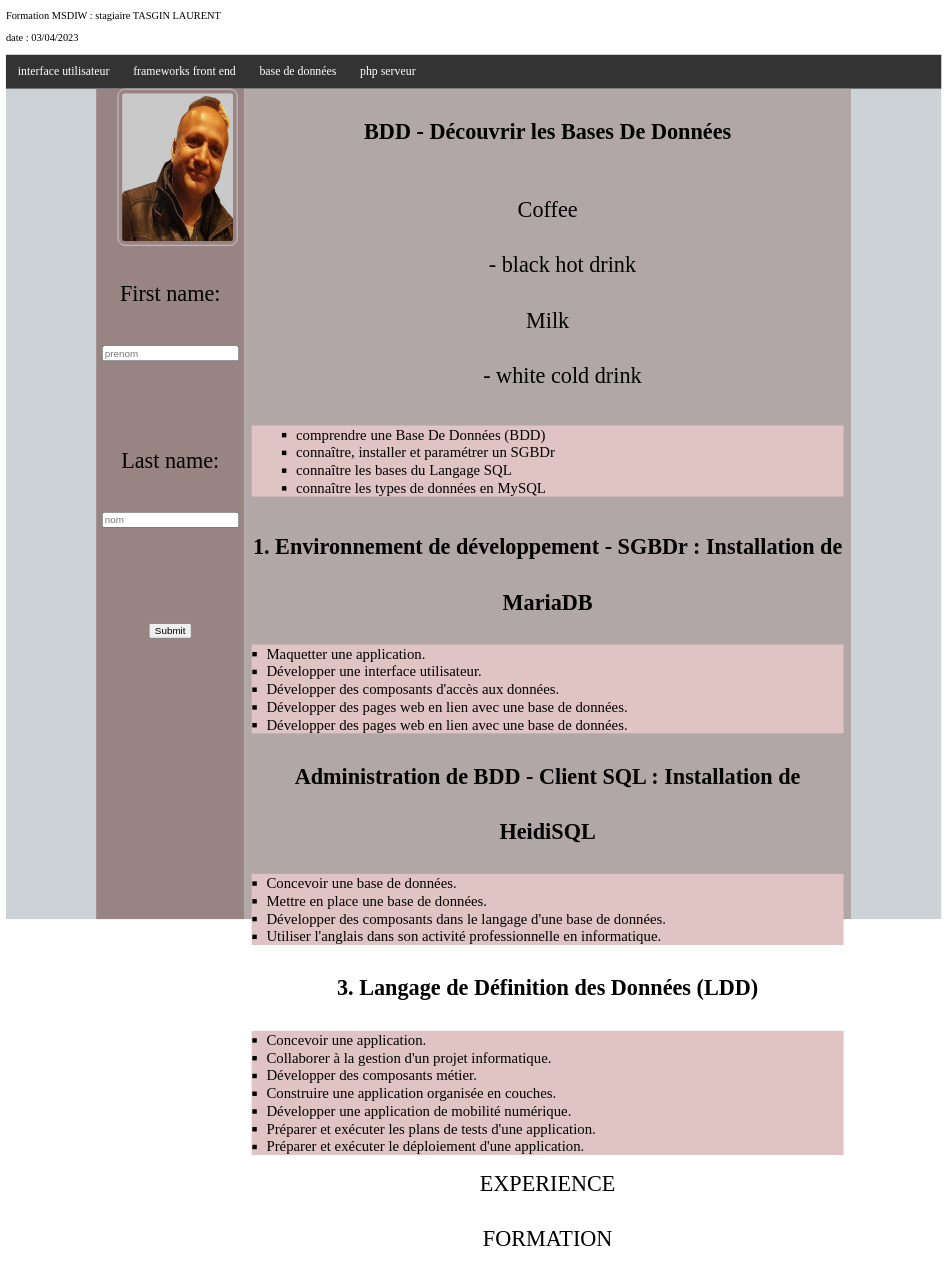
Repository: laurentbul/ApplicationEssai
Page: exercice/ex1/stagiaire_laurent/BACK/BDD/SQL/bdd1_alimenter.html
An editor plug-in stored every save of this project. The page is shown before and after the next save, followed by the edit.
The browser window is 1280 px wide. The pictures show the whole page, at 74% of full size.

Above is the page before, as saved 2023-04-06 06:01:44.

### exercice/ex1/stagiaire_laurent/BACK/BDD/SQL/bdd1_alimenter.html
<!DOCTYPE html>
<html lang="en">

<head>
  <meta charset="UTF-8">
  <meta http-equiv="X-UA-Compatible" content="IE=edge">
  <meta name="viewport" content="width=device-width, initial-scale=1.0">
  <link rel="icon" type="image/x-icon" sizes="30x30" href="../IMG/img.jpeg">
  <link rel="stylesheet" href="/FRONT/STATIQUE/CSS/msdiw.css">
  <title>Document</title>
  <style>
  </style>
</head>
</head>

<body>
  <p>Formation MSDIW : stagiaire TASGIN LAURENT</p>
  <p>date : 03/04/2023</p>
  <ul>
    <li><a href="./interface_utilisateur.html">interface utilisateur</a></li>
    <li><a href="./interface_utilisateur.html">frameworks front end</a></li>
    <li><a href="./interface_utilisateur.html">base de données</a></li>
    <li><a href="./interface_utilisateur.html">php serveur</a></li>
  </ul>
  <!-- <div>
        <input type="color" id="head" name="head" value="blue">
        <label for="head">Head</label>
    </div> -->
  <div class="flex-container">
    <div class="div_gauche">
      <img src="../IMG/img.jpeg" alt="photo d'identité" width="200" height="200">
      <form action="/action_page.php">
        <label for="fname">First name:</label>
        <input type="text" id="fname" name="fname" placeholder="prenom"><br><br>
        <label for="lname">Last name:</label>
        <input type="text" id="lname" name="lname" placeholder="nom"><br><br>
        <input type="submit" value="Submit">
      </form>
    </div>
    <div class="div_droite">
      <div>
        <h1>BDD - Découvrir les Bases De Données</h1>

        <dl>
            <dt>Coffee</dt>
            <dd>- black hot drink</dd>
            <dt>Milk</dt>
            <dd>- white cold drink</dd>
          </dl>

        <ol class="paragraphe">
            <li class="competence" >comprendre une Base De Données (BDD)</li>
            <li class="competence" >connaître, installer et paramétrer un SGBDr</li>
            <li class="competence" >connaître les bases du Langage  SQL</li>
            <li class="competence" >connaître les types de données  en MySQL</li>
        </ol>



        <h1 class="titre">1. Environnement de développement - SGBDr : Installation de MariaDB</h1>
        <ul class="paragraphe" >
          <li class="competence"> Maquetter une application.</li>
          <li class="competence"> Développer une interface utilisateur.</li>
          <li class="competence"> Développer des composants d'accès aux données.</li>
          <li class="competence"> Développer des pages web en lien avec une base de données.</li>
          <li class="competence"> Développer des pages web en lien avec une base de données.</li>
        </ul>
        <h1 class="titre">Administration de BDD - Client SQL : Installation de HeidiSQL</h1>
        <ul class="paragraphe" >
          <li class="competence">Concevoir une base de données.</li>
          <li class="competence">Mettre en place une base de données.</li>
          <li class="competence">Développer des composants dans le langage d'une base de données.</li>
          <li class="competence"> Utiliser l'anglais dans son activité professionnelle en informatique.</li>
        </ul>
        <h1 class="titre">3. Langage de Définition des Données (LDD)</h1>
        <ul class="paragraphe">
          <li class="competence"> Concevoir une application.</li>
          <li class="competence"> Collaborer à la gestion d'un projet informatique.</li>
          <li class="competence"> Développer des composants métier.</li>
          <li class="competence"> Construire une application organisée en couches.</li>
          <li class="competence"> Développer une application de mobilité numérique.</li>
          <li class="competence"> Préparer et exécuter les plans de tests d'une application.</li>
          <li class="competence"> Préparer et exécuter le déploiement d'une application.</li>
        </ul>
      </div>
      <div>EXPERIENCE</div>
      <div>FORMATION</div>
    </div>
</body>

</html>

### exercice/ex1/stagiaire_laurent/FRONT/STATIQUE/CSS/msdiw.css
.corps{
    background-color: rgb(201, 149, 71);
    width:900px;
    border: 1px;
  margin-top: 10px;
  margin-left: auto;
  margin-right: auto;
  padding:50px;
}
.paragraphe{
    background-color: #e0c4c4;
    line-height:80%;
    list-style-type:square;
}
.competence{
    font-size: 20px;
    margin-left: 20px;
    float:none;
    text-align:left;
}


h1 {
    font-size: 30px;
  }

  h2 {
    font-size: 30px;
  }

  p {
    font-size: 14px;
  }

.flex-container {
    display: flex;
    flex-direction: row;
    background-color: rgb(205, 210, 214);
  }

  .flex-container > div {

    text-align: center;
    line-height: 75px;
    font-size: 30px;
  }

  .div_gauche{
    background-color: #998484;
    width: 200px;
    margin-left: auto;
    height: 1122px; ;
  }
  .div_droite{
    background-color: #b1a7a7;
    width: 800px;
    height: 1122px;
    margin-right: auto;
    padding-left: 10px;
    padding-right: 10px;
  }

ul {
    list-style-type: none;
    margin: 0;
    padding: 0;
    overflow: hidden;
    background-color: #333;
}

li {
    float: left;
}

li a {
    display: block;
    color: white;
    text-align: center;
    padding: 14px 16px;
    text-decoration: none;
}

li a:hover {
    background-color: #111;
}

.meta{
    /* background-color: rgb(168, 161, 166); */
    width: 900px;
}
.title{
    /* background-color: rgb(221, 219, 214); */
    width: 600px;
}
.utf8{
    /* background-color: rgb(198, 204, 207); */
    width: 600px;
}
.image{
    /* background-color: rgb(198, 204, 207); */
    width: 600px;
}
.css{
    /* background-color: rgb(198, 204, 207); */
    width: 600px;
}
img {
    border: 1px solid #ddd;
    border-radius: 10px;
    padding: 5px;
    width: 150px;
    margin-left: 20px;

  }

After the next save:
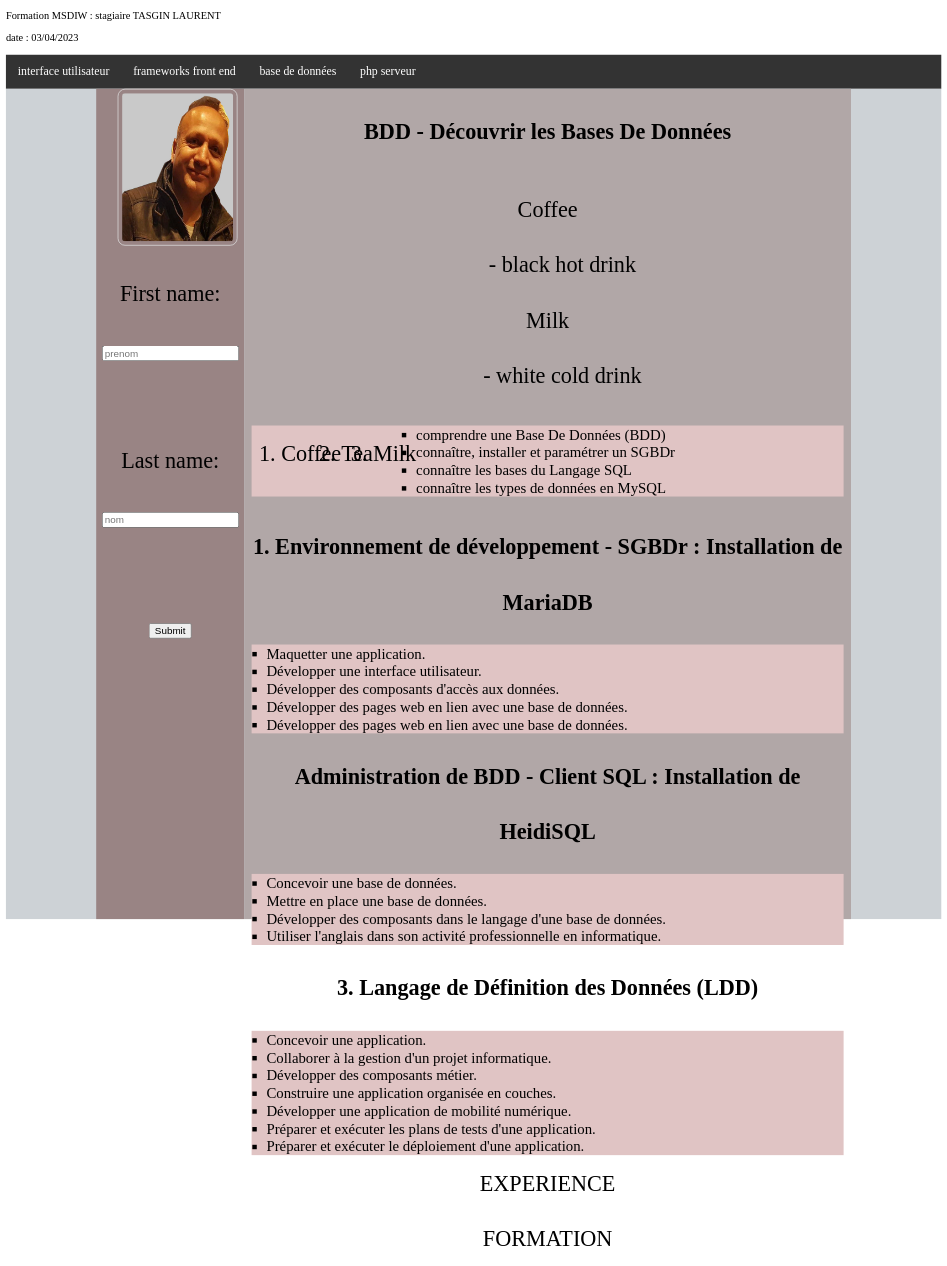
Saved 76 s later.
--- a/exercice/ex1/stagiaire_laurent/BACK/BDD/SQL/bdd1_alimenter.html
+++ b/exercice/ex1/stagiaire_laurent/BACK/BDD/SQL/bdd1_alimenter.html
@@ -47,7 +47,11 @@
             <dt>Milk</dt>
             <dd>- white cold drink</dd>
           </dl>
-
+          <ol>
+            <li>Coffee</li>
+            <li>Tea</li>
+            <li>Milk</li>
+          </ol>
         <ol class="paragraphe">
             <li class="competence" >comprendre une Base De Données (BDD)</li>
             <li class="competence" >connaître, installer et paramétrer un SGBDr</li>
